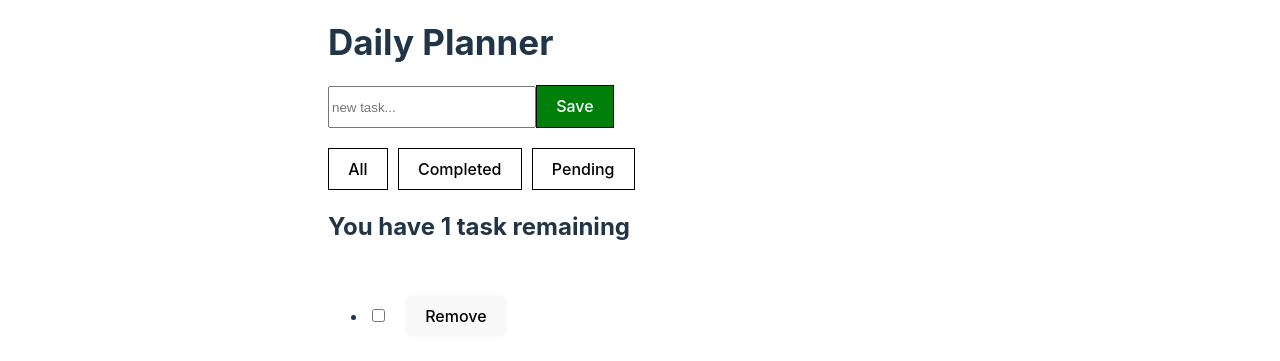
Repository: leslie179/lab4
Page: / (app in lab4/), after clicking the first element matching `button.save`
An editor plug-in stored every save of this project. The page is shown before and after a run of saves, followed by the edit.
The browser window is 1280 px wide. The pictures show the whole page.
The project was rebuilt for these pictures with package versions that can differ from the ones it lists, and the page was loaded fresh each time. Also part of the build but not shown: lab4/vite.config.js.

Above is the page before, as saved 2024-10-27 18:54:07.

### lab4/src/App.jsx
import { useState } from 'react'
import './App.css'

import Task from './components/Task'
import TaskForm from './components/TaskForm'

function App() {
  const [tasks, setTasks] = useState([])
  const [filter, setFilter] = useState("All")

  const remainingTasks = tasks.filter(task => !task.completed).length;

  return (
    <div>
      <h1>Daily Planner</h1>
      <TaskForm setTasks={setTasks} />

      <button className="filter-button" onClick={() => setFilter("All")}>All</button>
      <button className="filter-button" onClick={() => setFilter("Completed")}>Completed</button>
      <button className="filter-button" onClick={() => setFilter("Pending")}>Pending</button>

      <h2>You have {remainingTasks} task{remainingTasks !== 1 ? 's' : ''} remaining</h2>

      <ul>
        {tasks && tasks.filter((task) => {
          if (filter === "All") {
            return true;
          } else if (filter === "Completed") {
            return task.completed;
          } else if (filter === "Pending") {
            return !task.completed;
          }
          return true;
        }).map((task, i) => {
          return <Task className="task-font" key={i} task={task} setTasks={setTasks} index={i} />
        })}
      </ul>
    </div>
  )
}

export default App;

### lab4/src/App.css
#root {
  max-width: 1280px;
  text-align: left;
  padding-left: 20rem;
}

h1{
  font-size: 35px;
}

.filter-button{
  border: 1px solid black;
  background-color: white;
  margin-right: 10px;
  margin-top: 20px;
  border-radius: 0px;
}

.save{
  background-color: #00800a;
  border-radius: 0px;
  border: 1px solid black;
  padding-top:2mm;
  height:43px;
  color: white;

}

.task-checkbox{
  margin-right: 10px;
}
.task-item{
  padding-top: 30px;
}

.task-button{
  margin-right: 10px;
}
.task-font{
  font-weight: bold;
  font-size: 20px;
  margin-right: 10px;
}

.h2{
  font-weight: bold;
  font-size: 30px;
}
.input{
width:200px;
height:36px;
}

.read-the-docs {
  color: #888;
}

### lab4/src/components/Task.jsx
function Task({ task, setTasks, index, className }) {

    const remove = () => {
        setTasks((currentTasks) => {
            const tmpTasks = [...currentTasks] // (deep copy)
            tmpTasks.splice(index, 1) // remove 1 value at this index (key == index)
            return tmpTasks
        })
    }

    const toggleCompleted = (e) => {
        setTasks((currentTasks) => {
            const tmpTasks = [...currentTasks] // (deep copy)
            console.log("tmpTasks", tmpTasks)
            console.log("key", index)
            console.log("e.target.checked", e.target.checked)
            tmpTasks[index].completed = e.target.checked
            return tmpTasks
        })
    }

    return (
      <li className="task-item">
        <input className="task-checkbox" type="checkbox" onChange={(e) => toggleCompleted(e)} />
        <span className={className}>{task.task}</span>
        <button className="task-button" onClick={() => remove()}>Remove</button>
      </li>
    )
}

export default Task;

### lab4/src/components/TaskForm.jsx
import { useState } from "react"

function TaskForm({ setTasks }) {
    const [currentTask, setCurrentTask] = useState()
    const save = () => {
        setTasks((currentTasks) => { // trick to get current state
            // im just naming it tmp for temporary
            const tmpTasks = [...currentTasks] // deep copy (tmpTasks is just a copy of currentTasks cause you cant just copy an array)
            tmpTasks.push({ task: currentTask, completed: false })
            return tmpTasks
        })
        setCurrentTask("")
    }
    // the onChange is a function that runs everytime the input text changes
    // everytime the input text changes update the state with the value of the text input
    return <div>
        <input className="input" type="text" onChange={(e) => setCurrentTask(e.target.value)} placeholder="new task..."/>
        <button className="save" onClick={() => save()}>Save</button>
    </div>
}

export default TaskForm

Loaded but not shown: lab4/index.html (common file); lab4/src/main.jsx (common file); lab4/src/index.css (common file)

After the next 3 saves:
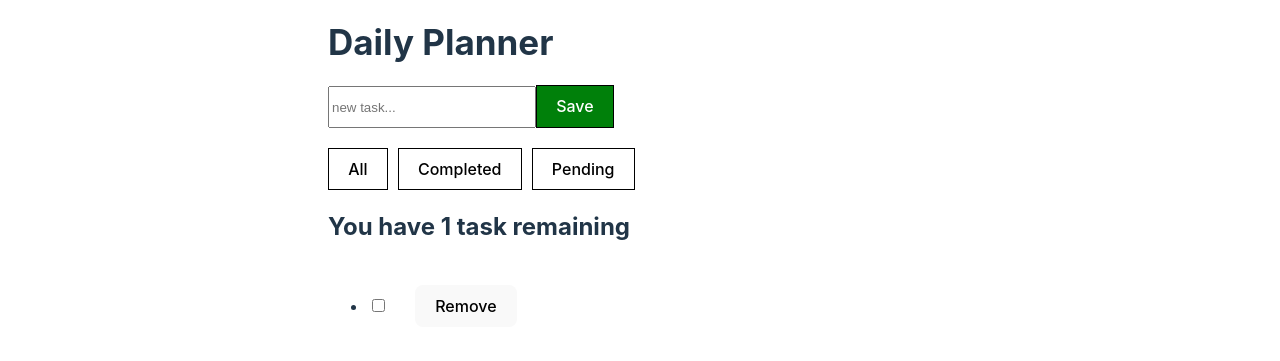
The 3 saves are shown as one change because they came seconds apart.
The last was saved 22 s later.
--- a/lab4/src/App.css
+++ b/lab4/src/App.css
@@ -27,10 +27,10 @@ h1{
 }
 
 .task-checkbox{
-  margin-right: 10px;
+  margin-right: 20px;
 }
 .task-item{
-  padding-top: 30px;
+  padding-top: 20px;
 }
 
 .task-button{
